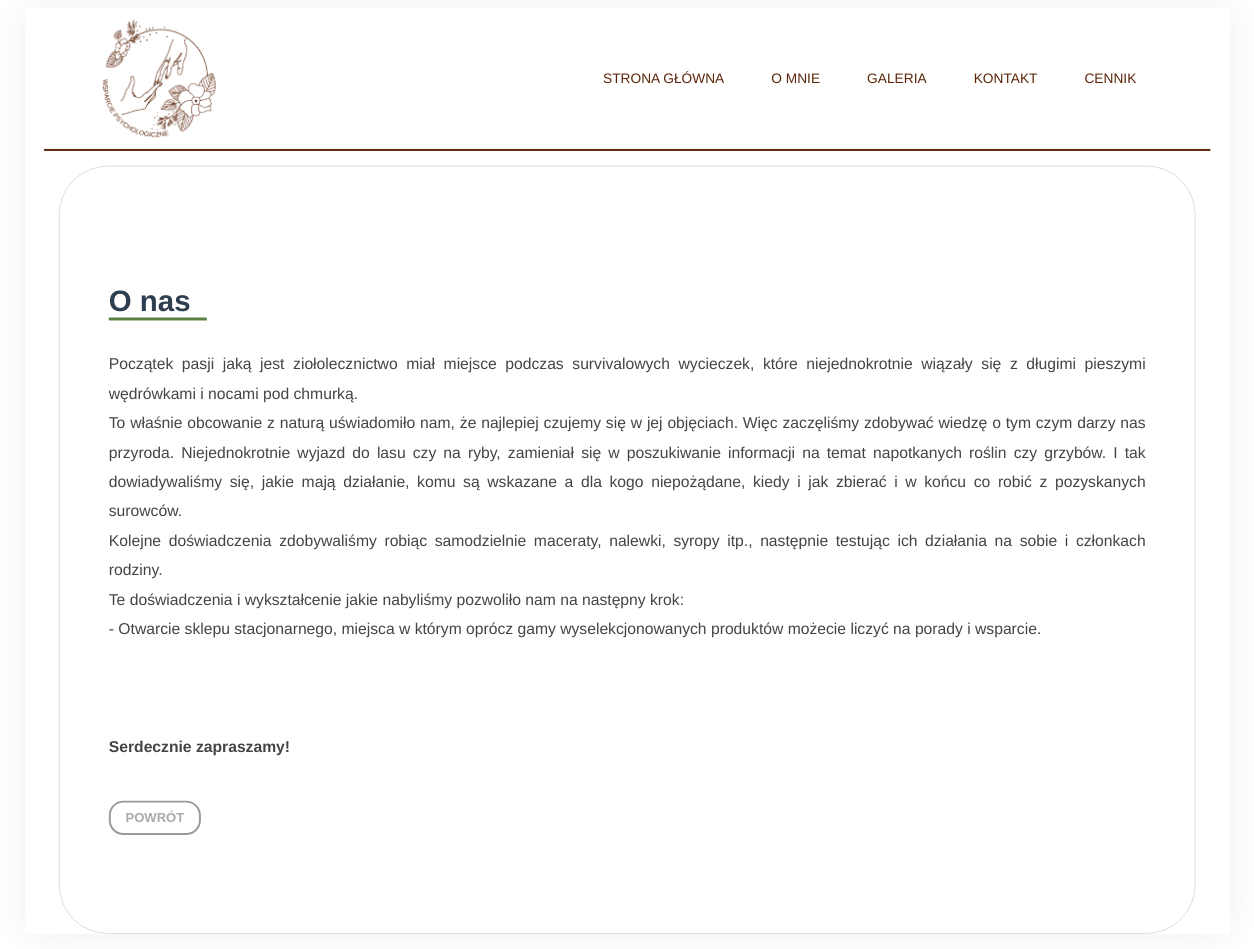
Repository: Kondzioor/szczepan-page
Page: /about
These files come from the project's save history. The page is drawn as it stood at one moment and after the next save; the edit follows.
The browser window is 1280 px wide. The pictures show the whole page, at 98% of full size.
Some web libraries are served in a nearby version. The project was rebuilt for these pictures with package versions that can differ from the ones it lists, and the page was loaded fresh each time. Also part of the build but not shown: src/views/Home.vue.

Above is the page before, as saved 2022-03-28 20:53:17.

### public/index.html
<!DOCTYPE html>
<html lang="">
  <head>
    <meta charset="utf-8">
    <meta http-equiv="X-UA-Compatible" content="IE=edge">
    <meta name="viewport" content="width=device-width,initial-scale=1.0">
    <link rel="icon" href="<%= BASE_URL %>favicon.ico">
    <title><%= htmlWebpackPlugin.options.title %></title>
    <script src="https://kit.fontawesome.com/c0ecb9f799.js" crossorigin="anonymous"></script>
  </head>
  <body>
    <noscript>
      <strong>We're sorry but <%= htmlWebpackPlugin.options.title %> doesn't work properly without JavaScript enabled. Please enable it to continue.</strong>
    </noscript>
    <div id="app"></div>
    <!-- built files will be auto injected -->
  </body>
</html>

### src/App.vue
<template>
 <div class="app">
   <Navbar />
   <router-view></router-view>
 </div>
</template>
<script>
import Navbar from './components/Navbar.vue'
export default {
  components:{
    Navbar,
  }
}
</script>

<style lang="scss">
.app {
  font-family: Avenir, Helvetica, Arial, sans-serif;
  -webkit-font-smoothing: antialiased;
  -moz-osx-font-smoothing: grayscale;
  color: #2c3e50;
  width: 100%;
  box-sizing: border-box;
  max-width:  1230px;
  min-height: 100vh;
  margin: 0 auto;
  padding: 0 20px;
  box-shadow: 0 0 35px #eee ;
}
a{
  text-decoration: none;
}
ul li{
  list-style: none;
}
button{
  border: none;
  outline: none;
  background: transparent;
  cursor: pointer;
}
</style>

### src/router/index.js
import { createRouter, createWebHistory } from 'vue-router'
import Home from '../views/Home.vue'
import AboutUs from '../views/AboutUs.vue'

const routes = [
  {
    path: '/',
    name: 'Home',
    component: Home
  },
  {
    path: '/about',
    name: 'AboutUs',
    component: AboutUs
  }
]

const router = createRouter({
  history: createWebHistory(process.env.BASE_URL),
  routes
})

export default router

### src/components/Navbar.vue
<template>
    <div class="header">
        <nav>
            <div class="branding">
                <img class="logo" src="../assets/logo/logo.png" alt="">
            </div>
            <ul v-if="!mobile" class="navigation">
                <li ><a class="link" href="#" @click="homePush">Strona główna</a></li>
                <li ><a class="link" href="#" @click="aboutUsPush">O mnie</a></li>
                <li ><a class="link" href="#">Galeria</a></li>
                <li ><a class="link" href="#">Kontakt</a></li>
                <li ><a class="link" href="#">Cennik</a></li>
            </ul>

            <div class="icon">
                <i @click="toggleMobileNav" v-show="mobile" class="fas fa-bars" :class="{'icon-active': mobileNav}"></i>
            </div>
            <transition name="mobile-nav">
                <ul v-if="mobileNav" class="dropdown-nav">
                <li ><a class="link" href="#" @click="homePush">Strona główna</a></li>
                <li ><a class="link" href="#" @click="aboutUsPush">O mnie</a></li>
                <li ><a class="link" href="#">Galeria</a></li>
                <li ><a class="link" href="#">Kontakt</a></li>
                <li ><a class="link" href="#">Cennik</a></li>
                </ul>
            </transition>
        </nav>
    </div>
</template>
<script>
import { useRouter } from "vue-router";
export default {

    data(){
        return{
            router: useRouter(),
            mobile: null,
            mobileNav: null,
            windowWidth: null,
        }
    },
    computed:{

  },
  methods:{
    toggleMobileNav(){
        this.mobileNav = !this.mobileNav
    },
    homePush(){
        this.router.push('/')
    },
    aboutUsPush(){
      this.router.push('/about')
    },

    checkScreen(){
        this.windowWidth = window.innerWidth;
        if(this.windowWidth <= 920){
            this.mobile = true
            return
        }
        this.mobile = false;
        this.mobileNav = false;
        return
    },
  },
  created(){
      window.addEventListener('resize',this.checkScreen);
      this.checkScreen();
  },
}
</script>
<style scoped>
.header{
    max-width:  1230px;
    background-color: white;
    width: 100%;
    border-bottom: 2px solid #5b250a;
    position: relative;
    transition: 0.5s ease all;
    color: #5b250a;
}
.logo{
    cursor: pointer;
}
nav{
    display: flex;
    flex-direction: row;
    padding: 12px 0;
    transition: .5s ease all;
    width:90%;
    margin: 0 auto;
    align-items: center;
}
ul,
.link {
    font-weight: 500;
    color: #5b250a;
    list-style: none;
    text-decoration: none;
}
li{
    text-transform: uppercase;
    padding: 16px;
    margin-left: 16px;
}
.link{
    font-size: 14px;
    transition: .5s ease all;
    padding-bottom: 4px;
    border-bottom: 1px solid transparent;
}
.link:hover{
    color: rgb(81,167,38);
    border-color: rgb(81,167,38);

}
.branding{

    display: flex;
    align-items: center;

}
.branding img{
    width:100%;
    transition: .5s ease all;
}
.navigation{
    display:flex;
    align-items: center;
    flex:1;
    justify-content: flex-end;
}
.icon{
    display: flex;
    align-items: center;
    position: absolute;
    top:0;
    right: 24px;
    height: 100%;
    z-index: 100;
}
i{
    cursor: pointer;
    font-size: 24px;
    transition: .8s ease all;
    margin-right: 40px;
}
.icon-active{
    transform: rotate(180deg);
}
.dropdown-nav{
    display: flex;
    flex-direction: column;
    position: fixed;
    width: 100%;
    max-width: 250px;
    height: 100%;
    background-color: #fff;
    top: 0;
    left: 0;
    z-index: 99;
}
.dropdown-nav li{
    margin-left: 0;

}
.mobile-nav-enter-active,
.mobile-nav-leave-active{
    transition: 1s ease all;
}
.mobile-nav-enter-from,
.mobile-nav-leave-to{
    transform: translateX(-250px)
}
.mobile-nav-enter-to{
    transform: translateX(0)
}

@media (max-width: 420px){
  i{
      margin-right: 10px;
  }
}
@media (max-width: 500px){
  i{
      margin-right: 5px;
  }
}
</style>

### src/views/AboutUs.vue
<template>
<div class="container">
        <div class="inner-container">
                <h1>
                 O nas
                    <div class="border"></div>
                </h1>
                <p class="text">
                 Początek pasji jaką jest ziołolecznictwo miał miejsce podczas survivalowych wycieczek, które niejednokrotnie wiązały się z długimi pieszymi wędrówkami i nocami pod chmurką. <br>
                 To właśnie obcowanie z naturą uświadomiło nam, że najlepiej czujemy się w jej objęciach. Więc zaczęliśmy zdobywać wiedzę o tym czym darzy nas przyroda. Niejednokrotnie wyjazd do lasu czy na ryby, zamieniał się w poszukiwanie informacji na temat napotkanych roślin czy grzybów. I tak dowiadywaliśmy się, jakie mają działanie, komu są wskazane a dla kogo niepożądane, kiedy i jak zbierać i w końcu co robić z pozyskanych surowców.<br>
	Kolejne doświadczenia zdobywaliśmy robiąc samodzielnie maceraty, nalewki, syropy itp.,
następnie testując ich działania na sobie i członkach rodziny.<br>
	Te doświadczenia i wykształcenie jakie nabyliśmy pozwoliło nam na następny krok:<br>
- Otwarcie sklepu stacjonarnego, miejsca w którym oprócz gamy wyselekcjonowanych produktów możecie liczyć na porady i wsparcie.<br><br><br><br>
<span>Serdecznie zapraszamy!</span>
                </p>
                <button @click="homePush">Powrót</button>
        </div>
    </div>
</template>
<script>
import { useRouter } from "vue-router";
export default {
    data(){
        return{
             router: useRouter(),
        }
    },
    methods:{
        homePush(){
            this.router.push('/products')
        }
    }
}
</script>
<style scoped>

.container{
    display: flex;
    align-items: center;
    justify-content: center;
    border-radius: 50px;
    margin: 15px 15px;
}
.inner-container{
    padding: 100px 50px;
    border: 1px solid #ddd;
    border-radius: 50px;
}
.inner-container h1{
    margin-bottom: 30px;
    font-size: 30px;
    font-weight: 800;
}
.border{
    height: 3px;
    width: 100px;
    background-color:rgb(86, 129, 64)  ;
}
.text
{
    font-size: 16px;
    color: #444;
    line-height: 30px;
    text-align: justify;
    margin-bottom: 40px;
}
button{
    border: 2px solid #999;
    color: #aaa;
    border-radius: 15px;
    padding: 8px 15px;
    text-transform: uppercase;
    font-weight: 600;

}
button:hover{
    color: rgb(81,167,38);
    border-color: rgb(81,167,38);
}
span{
    font-weight: bold;
}
@media (max-width: 720px){
    .inner-container{
    padding: 80px 50px;
    }
}
@media (max-width: 500px){
    .inner-container{
    padding: 50px 20px;
    }
}
</style>

Loaded but not shown: src/main.js (common file); src/store/index.js (common file)

After the next save:
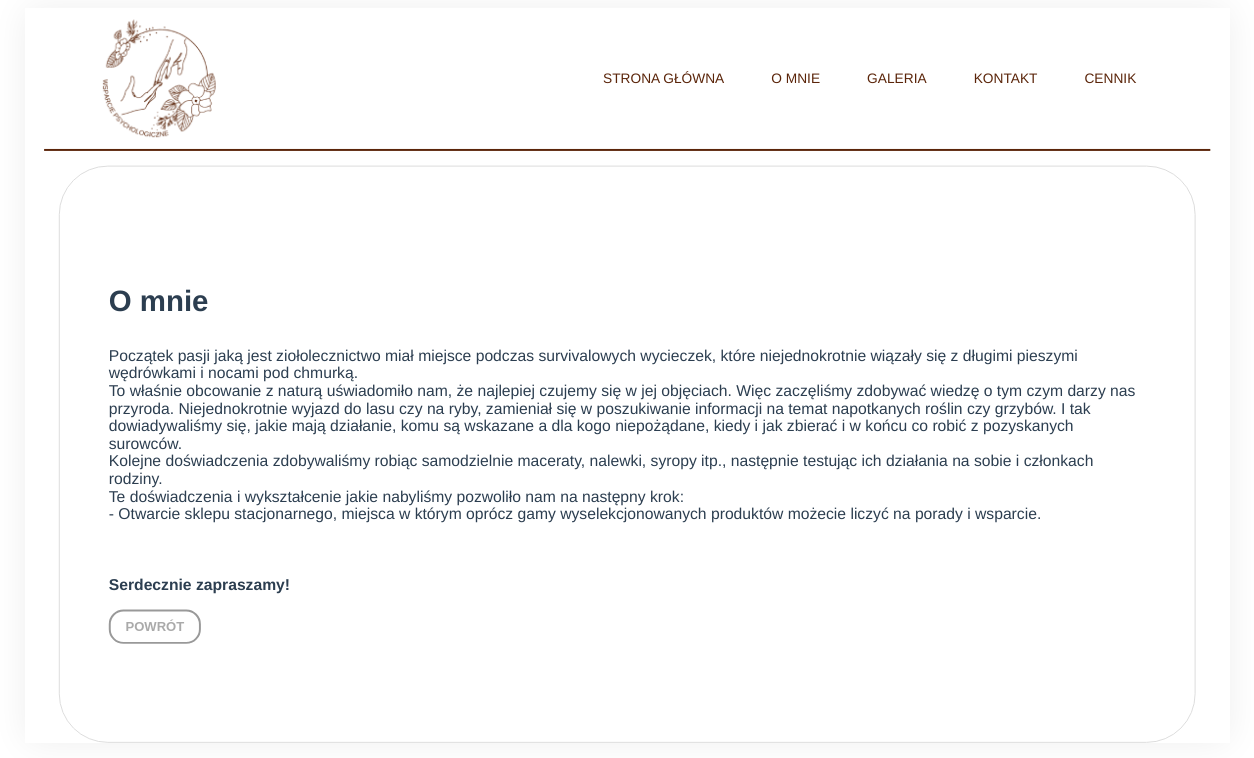
Saved 110 s later.
--- a/src/views/AboutUs.vue
+++ b/src/views/AboutUs.vue
@@ -2,7 +2,7 @@
 <div class="container">
         <div class="inner-container">
                 <h1>
-                 O nas
+                 O mnie
                     <div class="border"></div>
                 </h1>
                 <p class="text">
@@ -52,11 +52,8 @@
     font-size: 30px;
     font-weight: 800;
 }
-.border{
-    height: 3px;
-    width: 100px;
-    background-color:rgb(86, 129, 64)  ;
-}
+background-color:rgb(86, 129, 64)  ;
+
 .text
 {
     font-size: 16px;
